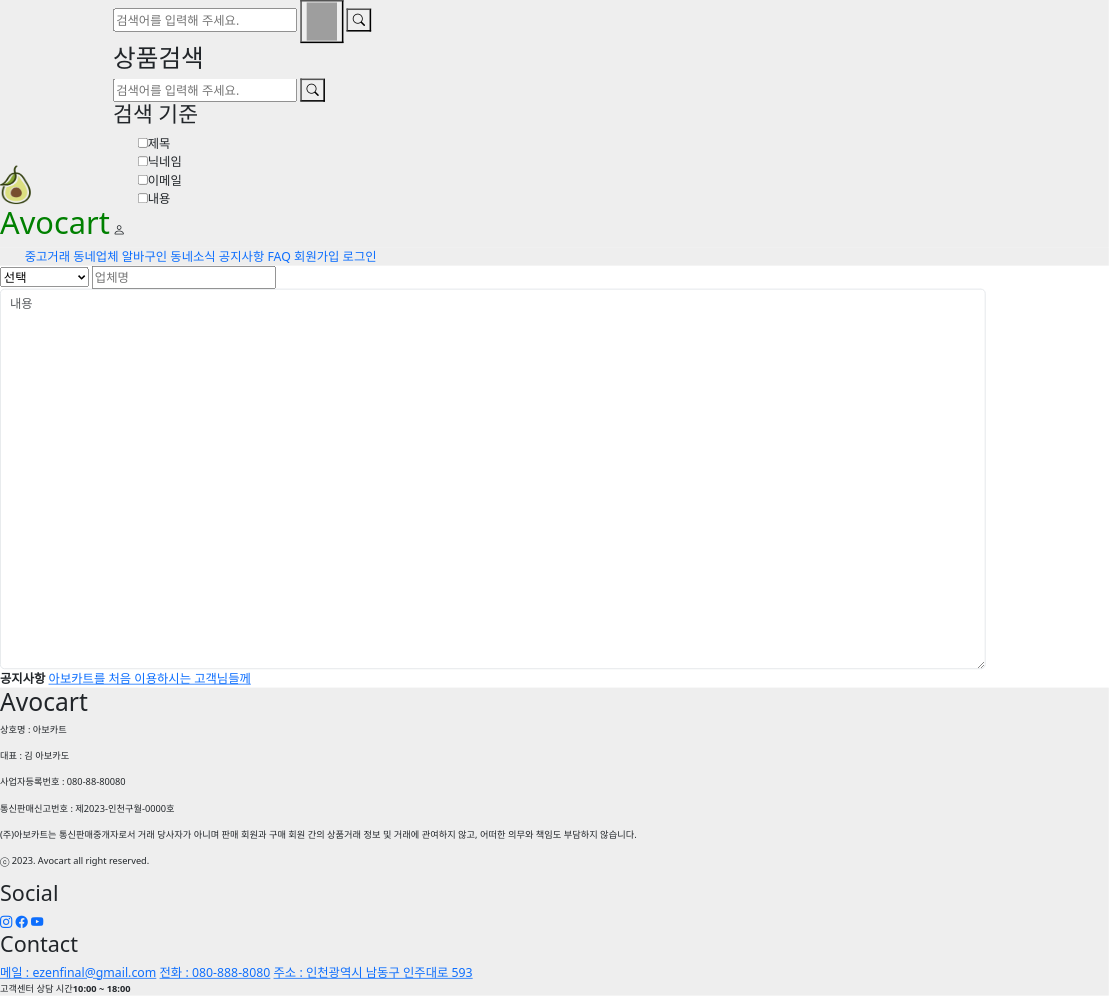
Repository: kimms0311/finalProject
Page: http://localhost/finalProject/WEB-INF/views/store/register.jsp
An editor plug-in stored every save of this project. The page is shown before and after the next save, followed by the edit.
The browser window is 1280 px wide. The page is 1440 px wide, so the pictures cover 1440 px, including what lies to the right of the window. The pictures show the whole page, at 77% of full size.
Pictures or frames that could not be fetched are drawn as grey boxes. The page is served by Tomcat 9. Nobody is signed in. Other server files are loaded and not shown. The template is opened directly, without the code that normally fills it, so the values that code supplies are empty.

Above is the page before, as saved 2023-11-15 12:20:12.

### finalProject/src/main/webapp/WEB-INF/views/store/register.jsp
<%@ page language="java" contentType="text/html; charset=UTF-8"
    pageEncoding="UTF-8"%>
<!DOCTYPE html>
<html>
<head>
<meta charset="UTF-8">
<title>Store Register</title>
<link rel="stylesheet" href="../resources/css/page.css">
</head>
<body>
<jsp:include page="../common/header.jsp" />
<form action="/store/register" method="post" enctype="multipart/form-data">
<input type="hidden" name="proCategory" value="store">
<select name="menu">
	<option disabled="disabled" selected="selected">선택</option>
	<option value="lesson">과외/클래스</option>
	<option value="pet">반려동물</option>
	<option value="hospital">병원/약국</option>
	<option value="beauty">뷰티샵</option>
	<option value="laundry">세탁소</option>
	<option value="repair">수리</option>
	<option value="sport">운동</option>
	<option value="baby">육아</option>
	<option value="eatery">음식점</option>
	<option value="move">이사/용달</option>
	<option value="interior">인테리어 시공</option>
	<option value="clean">청소</option>
	<option value="hobby">취미</option>
	<option value="cafe">카페/디저트</option>
</select>
<input type="text" name="title" id ="t" placeholder="업체명">
<textarea placeholder="내용" class="form-control" name="content" id="c" rows="20"></textarea>

</form>
<script type="text/javascript">
</script>
<jsp:include page="../common/footer.jsp" />
</body>
</html>

### finalProject/src/main/webapp/WEB-INF/views/common/header.jsp
<%@ page language="java" contentType="text/html; charset=UTF-8"
    pageEncoding="UTF-8"%>
<%@ taglib uri="http://java.sun.com/jsp/jstl/core" prefix="c"%>
<%@ taglib uri="http://www.springframework.org/security/tags" prefix="sec" %>
<!DOCTYPE html>
<html>
<head>
<meta charset="UTF-8">
<title>Insert title here</title>
<link rel="stylesheet" href="../resources/css/page.css">
<link href="https://cdn.jsdelivr.net/npm/bootstrap@5.3.1/dist/css/bootstrap.min.css" rel="stylesheet" integrity="sha384-4bw+/aepP/YC94hEpVNVgiZdgIC5+VKNBQNGCHeKRQN+PtmoHDEXuppvnDJzQIu9" crossorigin="anonymous">
<script src="https://cdn.jsdelivr.net/npm/bootstrap@5.3.1/dist/js/bootstrap.bundle.min.js" integrity="sha384-HwwvtgBNo3bZJJLYd8oVXjrBZt8cqVSpeBNS5n7C8IVInixGAoxmnlMuBnhbgrkm" crossorigin="anonymous"></script>
<link rel="stylesheet" href="https://cdn.jsdelivr.net/npm/bootstrap-icons@1.10.5/font/bootstrap-icons.css">
</head>
<body>

<div class="headerContainer">
   <header>
      <div class="logoSec">
         <img alt="logo" src="../resources/image/avocartLogo.png">
         <h1><a href="/">Avocart</a></h1>
      </div>
      <div class="searchSec">
         <form action="/common/search" method="post">
            <input type="search" id="searchInput" placeholder="검색어를 입력해 주세요.">
            <button type="button"><img width="24" height="24" src="https://img.icons8.com/plumpy/24/macos-close.png" alt="macos-close"/></button>
            <button type="button" class="openMenu">
               <i class="bi bi-search"></i>
            </button>
            <div class="searchMenu off">
               <h2>상품검색</h2>
               <input type="search" id="keyword" name="keyword" placeholder="검색어를 입력해 주세요.">
               <button type="submit">
                  <i class="bi bi-search"></i>
               </button>
               <h3>검색 기준</h3>
               <ul>
                  <li><input type="checkbox" name="srcCondit" id="ck_title" value="title"><label for="ck_title">제목</label></li>
                  <li><input type="checkbox" name="srcCondit" id="ck_nickname" value="nickname"><label for="ck_nickname">닉네임</label></li>
                  <li><input type="checkbox" name="srcCondit" id="ck_email" value="email"><label for="ck_email">이메일</label></li>
                  <li><input type="checkbox" name="srcCondit" id="ck_content" value="content"><label for="ck_content">내용</label></li>
               </ul>
               <!-- <h3>게시판 선택</h3>
               <ul>
                  <li><input type="checkbox" name="srcCondit" id="title" value="title"><label for="title">제목</label></li>
                  <li><input type="checkbox" name="srcCondit" id="nickname" value="nickname"><label for="nickname">닉네임</label></li>
                  <li><input type="checkbox" name="srcCondit" id="email" value="email"><label for="email">이메일</label></li>
                  <li><input type="checkbox" name="srcCondit" id="content" value="content"><label for="content">내용</label></li>
               </ul> -->
               <!-- <button type="button" id="checkCondit">확인</button> -->
            </div>
         </form>
         <i id="my" class="bi bi-person"></i>
         <!-- 로그인 후 오픈되어야 할 메뉴 -->
         <sec:authorize access="isAuthenticated()">
           <sec:authentication property="principal.mvo.memEmail" var="authEmail" />
            <div id="myMenu" class="off">
               <ul>
                  <li><a href="/hmember/detail?memEmail=${authEmail }">마이페이지</a></li>
                  <li><a href="#" id="logoutLink">로그아웃</a></li>
                  <form action="/member/logout" method="post" id="logoutForm">
                       <input type="hidden" name="memEmail" value="${authEmail }">
                  </form>
               </ul>
            </div>
         </sec:authorize>
      </div>
   </header>
   <nav>
      <ul>
         <li><a href="/joongo/list">중고거래</a></li>
         <li><a href="/store/list">동네업체</a></li>
         <li><a href="/job/list">알바구인</a></li>
         <li><a href="/community/list">동네소식</a></li>
         <li><a href="#">공지사항</a></li>
         <li><a href="#">FAQ</a></li>

           <!-- 로그인 전 오픈되어야 할 메뉴 -->
         <sec:authorize access="isAnonymous()">
            <li><a href="/member/register">회원가입</a></li>
            <li><a href="/member/login">로그인</a></li>
         </sec:authorize>
      </ul>
   </nav>
</div>

<script type="text/javascript" src="/resources/js/header.js"></script>
</body>
</html>

### finalProject/src/main/webapp/WEB-INF/views/common/footer.jsp
<%@ page language="java" contentType="text/html; charset=UTF-8"
    pageEncoding="UTF-8"%>
<!DOCTYPE html>
<html>
<head>
<meta charset="UTF-8">
<title>Insert title here</title>
</head>
<body>
<footer>
	<section class="infoSec">
		<div>
			<b>공지사항</b>
			<a href="#">아보카트를 처음 이용하시는 고객님들께</a>
		</div>
	</section>
	<div class="footerContainer">
		<div class="mainSec">
			<h2>Avocart</h2>
			<p>상호명 : 아보카트</p>
			<p>대표 : 김 아보카도</p>
			<p>사업자등록번호 : 080-88-80080</p>
			<p>통신판매신고번호 : 제2023-인천구월-0000호</p>
			<p>(주)아보카트는 통신판매중개자로서 거래 당사자가 아니며 판매 회원과 구매 회원 간의 상품거래 정보 및 거래에 관여하지 않고, 어떠한 의무와 책임도 부담하지 않습니다.</p>
			<p>ⓒ 2023. Avocart all right reserved.</p>
		</div>
		<div class="socialSec">
			<h3>Social</h3>
			<a href="#"><i class="bi bi-instagram"></i></a>
			<a href="#"><i class="bi bi-facebook"></i></a>
			<a href="#"><i class="bi bi-youtube"></i></a>
		</div>
		<div class="contactSec">
			<h3>Contact</h3>
			<a href="mailto:ezenFinal@gmail.com">메일 : ezenfinal@gmail.com</a>
			<a href="tel:080-888-8080">전화 : 080-888-8080</a>
			<a href="https://kko.to/k2pByw0PdA" target="_blank">주소 : 인천광역시 남동구 인주대로 593</a>
			<p>고객센터 상담 시간<b>10:00 ~ 18:00</b></p>
		</div>
	</div>
</footer>
</body>
</html>

### finalProject/src/main/webapp/resources/css/page.css
@import url("reset.css");
@import url("global.css");

### finalProject/src/main/webapp/resources/css/global.css
.headerContainer{
}
header{
	width: 1440px;
	margin: 0 auto;
	background-color: #eeeeee;
}
header>*{
	display: inline-block;
}
header img{
	width: 40px;
	height: 50px;
}
header h1 a{
	text-decoration: none;
	color: green;
}
nav{
	width: 1440px;
	margin: 0 auto;
	background-color: #eeeeee;

}
nav ul{
	display: inline;
}
nav ul li{
	display: inline-block;
}
nav ul li a{
	text-decoration: none;

}


.bodyContainer{
	margin: 0 auto;
	width: 1440px;
}

footer .footerContainer{
	margin: 0 auto;
	width: 1440px;
	background-color: #eeeeee;

}

footer{
}
footer p{
	display: block;
	font-size: 12px;
}

Loaded but not shown: finalProject/src/main/webapp/resources/css/reset.css (common file); finalProject/src/main/webapp/resources/js/header.js (no copy from this time; the picture is the same without it)

After the next save:
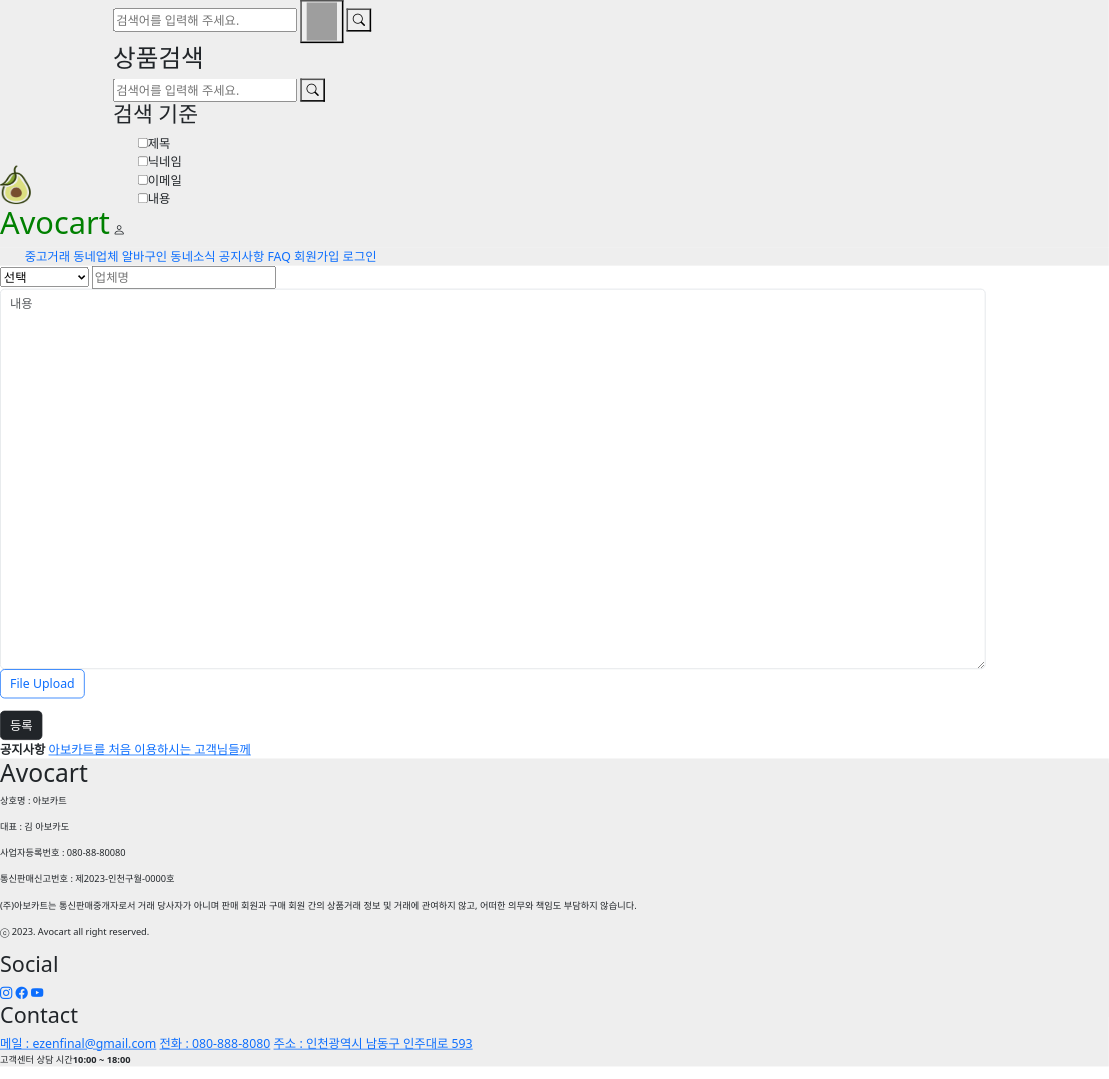
Saved 50 s later.
--- a/finalProject/src/main/webapp/WEB-INF/views/store/register.jsp
+++ b/finalProject/src/main/webapp/WEB-INF/views/store/register.jsp
@@ -30,7 +30,14 @@
 </select>
 <input type="text" name="title" id ="t" placeholder="업체명">
 <textarea placeholder="내용" class="form-control" name="content" id="c" rows="20"></textarea>
-
+	  <input type="file" class="form-control" name="files" id="files" style="display:none;" multiple="multiple">
+	  <!-- input button trigger 용도의 button -->
+	  <button type="button" id="trigger" class="btn btn-outline-primary">File Upload</button>
+	</div>
+	<div class="mb-3" id="fileZone">
+		<!-- 첨부파일 표시될 영역 -->
+	</div>
+	<button type="submit" class="btn btn-dark" id="regBtn">등록</button>
 </form>
 <script type="text/javascript">
 </script>
